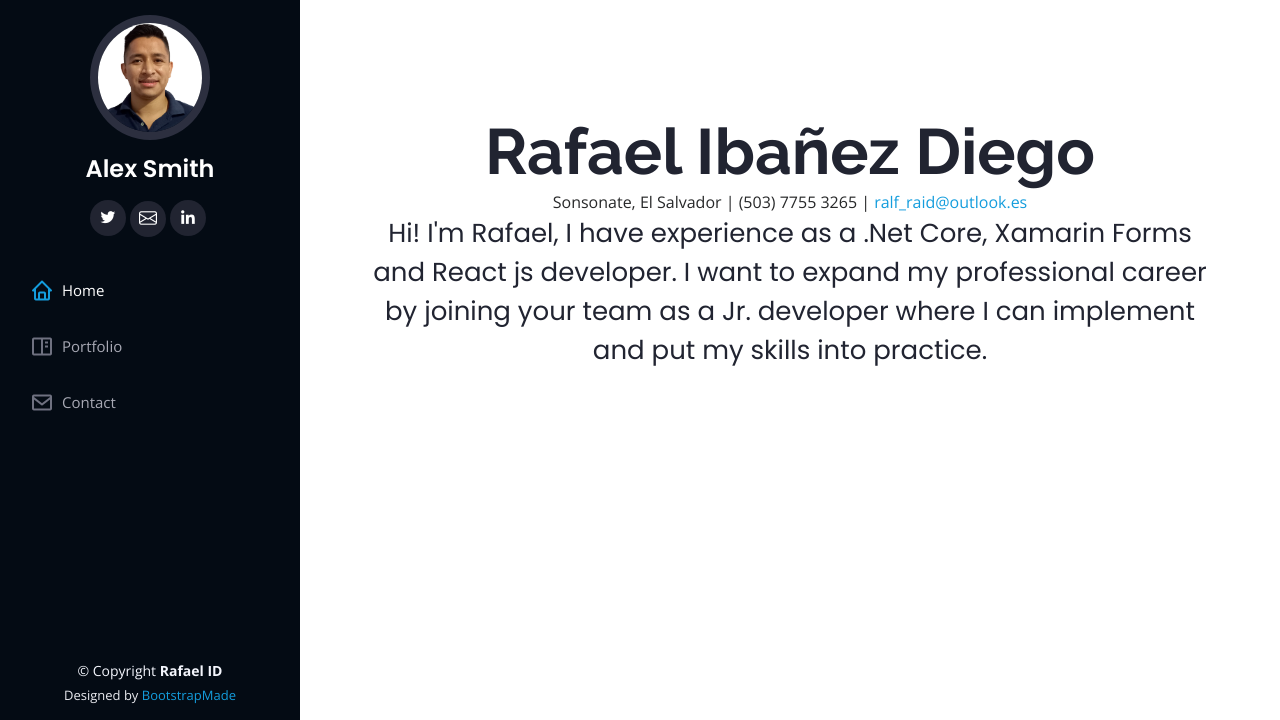
Repository: ralfId/myportfolio
Page: /
These files come from the project's save history. The page is drawn as it stood at one moment and after the next save; the edit follows.
The browser window is 1280 px wide. The pictures show the whole page.
The project was rebuilt for these pictures with package versions that can differ from the ones it lists, and the page was loaded fresh each time. Also part of the build but not shown: src/data/projects.js, src/components/Projects/ProjectItem.js, src/components/Projects/ProjectIndex.js, src/helpers/ProjectById.js, src/components/Projects/ProjectDetail.js.

Above is the page before, as saved 2021-09-20 15:53:29.

After the next save:
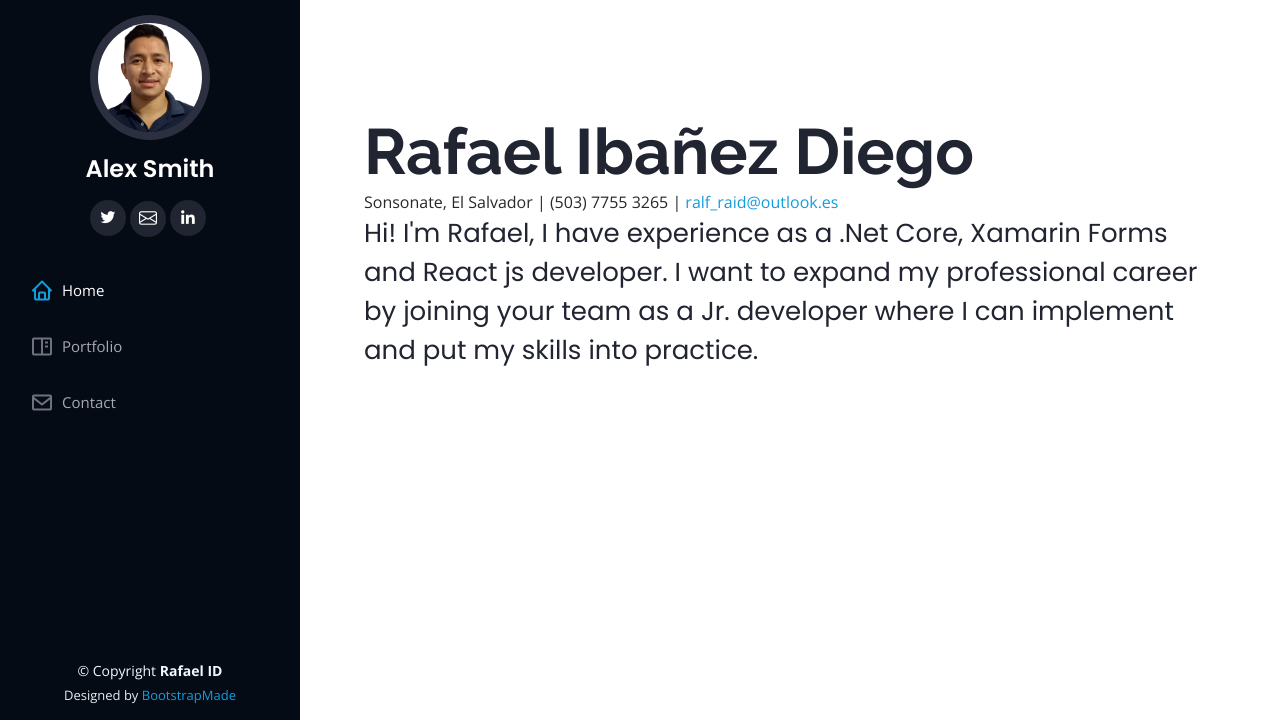
Saved 39 s later.
--- a/src/components/Home.js
+++ b/src/components/Home.js
@@ -10,7 +10,7 @@ export const Home = () => {
                 </div>
             </section> */}
             <section id="hero">
-                <div className="position-relative overflow-hidden p-3 p-md-5 m-md-3 text-center ">
+                <div className="position-relative overflow-hidden p-3 p-md-5 m-md-3 ">
                     <h1>Rafael Ibañez Diego</h1>
                     <span>
                         Sonsonate, El Salvador | (503) 7755 3265 | <a href="ralf_raid@outlook.es">ralf_raid@outlook.es</a>
